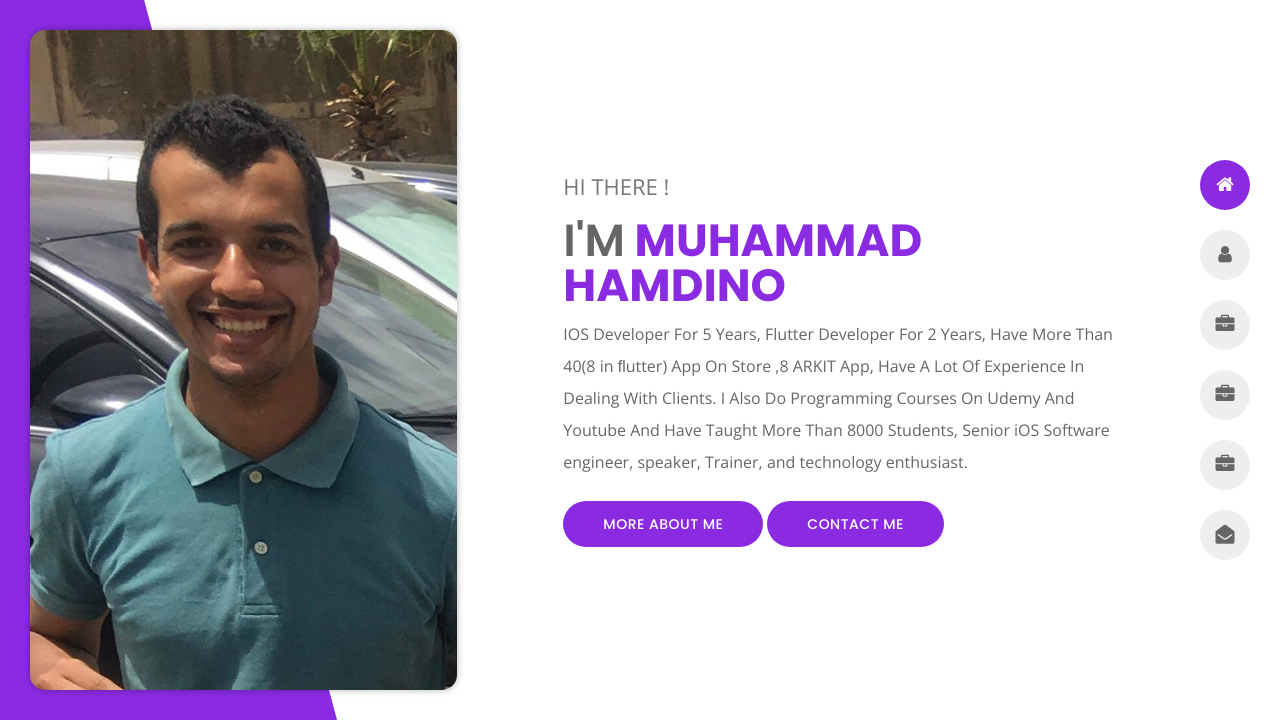
Repository: mhamdimno/mywebsite
Page: index.html
An editor plug-in stored every save of this project. The page is shown before and after the next save, followed by the edit.
The browser window is 1280 px wide. The pictures show the whole page.

Above is the page before, as saved 2023-06-03 14:52:20.

### index.html
<!DOCTYPE html>
<html lang="en">

<head>
    <meta charset="utf-8">
    <title>Personal Portfolio</title>
    <meta name="viewport" content="width=device-width, initial-scale=1">

    <!-- Template Google Fonts -->
    <link href="https://fonts.googleapis.com/css?family=Poppins:400,400i,500,500i,600,600i,700,700i,800,800i,900,900i" rel="stylesheet">
    <link href="https://fonts.googleapis.com/css?family=Open+Sans:300,400,400i,600,600i,700" rel="stylesheet">

    <!-- Template CSS Files -->
    <link href="css/bootstrap.min.css" rel="stylesheet">
    <link href="css/preloader.min.css" rel="stylesheet">
    <link href="css/circle.css" rel="stylesheet">
    <link href="css/font-awesome.min.css" rel="stylesheet">
    <link href="css/fm.revealator.jquery.min.css" rel="stylesheet">
    <link href="css/style.css" rel="stylesheet">

    <!-- Modernizr JS File -->
    <script src="js/modernizr.custom.js"></script>
</head>

<body class="home light">

<!-- Header Starts -->
<header class="header" id="navbar-collapse-toggle">
    <!-- Fixed Navigation Starts -->
    <ul class="icon-menu d-none d-lg-block revealator-slideup revealator-once revealator-delay1">
        <li class="icon-box active">
            <i class="fa fa-home"></i>
            <a href="index.html">
                <h2>Home</h2>
            </a>
        </li>
        <li class="icon-box">
            <i class="fa fa-user"></i>
            <a href="about.html">
                <h2>About</h2>
            </a>
        </li>
        <li class="icon-box">
            <i class="fa fa-briefcase"></i>
            <a href="portfolioIOS.html">
                <h2>IOS</h2>
            </a>
        </li>
        <li class="icon-box">
            <i class="fa fa-briefcase"></i>
            <a href="portfolioFlutter.html">
                <h2>Flutter</h2>
            </a>
        </li>
        <li class="icon-box">
            <i class="fa fa-briefcase"></i>
            <a href="portfolioLaravel.html">
                <h2>Laravel</h2>
            </a>
        </li>
        <li class="icon-box">
            <i class="fa fa-envelope-open"></i>
            <a href="contact.html">
                <h2>Contact</h2>
            </a>
        </li>

    </ul>
    <!-- Fixed Navigation Ends -->
    <!-- Mobile Menu Starts -->
    <nav role="navigation" class="d-block d-lg-none">
        <div id="menuToggle">
            <input type="checkbox" />
            <span></span>
            <span></span>
            <span></span>
            <ul class="list-unstyled" id="menu">
                <li class="active"><a href="index.html"><i class="fa fa-home"></i><span>Home</span></a></li>
                <li><a href="about.html"><i class="fa fa-user"></i><span>About</span></a></li>
                <li><a href="portfolioIOS.html"><i class="fa fa-folder-open"></i><span>IOS</span></a></li>
                <li><a href="portfolioFlutter.html"><i class="fa fa-folder-open"></i><span>Flutter</span></a></li>

                <li><a href="contact.html"><i class="fa fa-envelope-open"></i><span>Contact</span></a></li>
            </ul>
        </div>
    </nav>
    <!-- Mobile Menu Ends -->
</header>
<!-- Header Ends -->
<!-- Main Content Starts -->
<section class="container-fluid main-container container-home p-0 revealator-slideup revealator-once revealator-delay1">
    <div class="color-block d-none d-lg-block"></div>
    <div class="row home-details-container align-items-center">
        <div class="col-lg-4 bg position-fixed d-none d-lg-block"></div>
        <div class="col-12 col-lg-8 offset-lg-4 home-details text-left text-sm-center text-lg-left">
            <div>
                <img src="img/img-mobile-light.jpg" class="img-fluid main-img-mobile d-none d-sm-block d-lg-none" alt="my picture" />
                <h6 class="text-uppercase open-sans-font mb-0 d-block d-sm-none d-lg-block">hi there !</h6>
                <h1 class="text-uppercase poppins-font"><span>I'm</span> Muhammad Hamdino</h1>
                <p class="open-sans-font">
                    IOS Developer For 5 Years, Flutter Developer For 2 Years, Have More Than 40(8 in ﬂutter) App On Store ,8 ARKIT App, Have A Lot Of Experience In Dealing With Clients. I Also Do Programming Courses On Udemy And Youtube And Have Taught More Than 8000 Students,
                    Senior iOS Software engineer, speaker, Trainer, and technology enthusiast.

                </p>
                <a href="about.html" class="btn btn-about">more about me</a>
                <a href="contact.html" class="btn btn-about">Contact me</a>
            </div>
        </div>
    </div>
</section>
<!-- Main Content Ends -->

<!-- Template JS Files -->
<script src="js/jquery-3.5.0.min.js"></script>
<script src="js/preloader.min.js"></script>
<script src="js/fm.revealator.jquery.min.js"></script>
<script src="js/imagesloaded.pkgd.min.js"></script>
<script src="js/masonry.pkgd.min.js"></script>
<script src="js/classie.js"></script>
<script src="js/cbpGridGallery.js"></script>
<script src="js/jquery.hoverdir.js"></script>
<script src="js/popper.min.js"></script>
<script src="js/bootstrap.js"></script>
<script src="js/custom.js"></script>

</body>

</html>

Loaded but not shown: css/bootstrap.min.css (library); css/preloader.min.css (common file); css/font-awesome.min.css (library); css/fm.revealator.jquery.min.css (common file); js/modernizr.custom.js (library); js/jquery-3.5.0.min.js (library); js/preloader.min.js (common file); js/fm.revealator.jquery.min.js (common file); js/imagesloaded.pkgd.min.js (library); js/masonry.pkgd.min.js (library); js/jquery.hoverdir.js (library); js/popper.min.js (library); js/bootstrap.js (library); js/cbpGridGallery.js (364 lines, source omitted); js/custom.js (142 lines, source omitted); js/classie.js (68 lines, source omitted); css/style.css (1791 lines, source omitted); css/circle.css (1054 lines, source omitted)

After the next save:
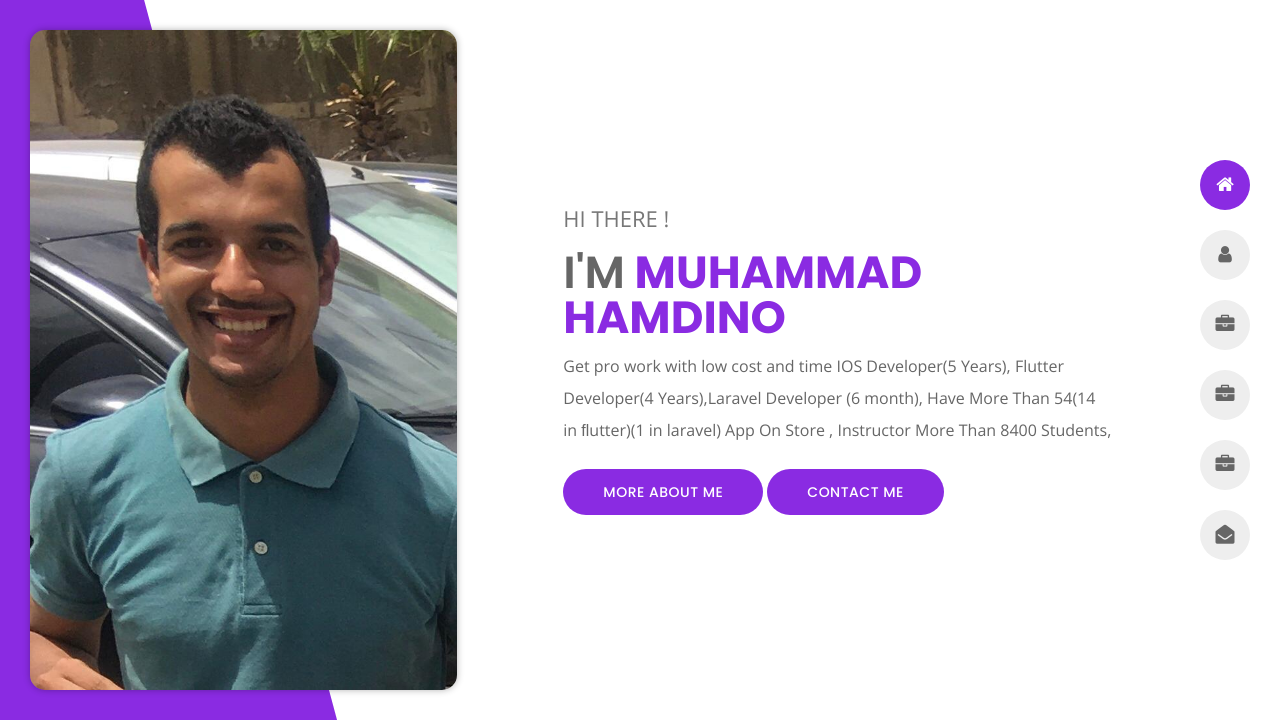
Saved 7 min 9 s later.
--- a/index.html
+++ b/index.html
@@ -79,6 +79,7 @@
                 <li><a href="about.html"><i class="fa fa-user"></i><span>About</span></a></li>
                 <li><a href="portfolioIOS.html"><i class="fa fa-folder-open"></i><span>IOS</span></a></li>
                 <li><a href="portfolioFlutter.html"><i class="fa fa-folder-open"></i><span>Flutter</span></a></li>
+                <li><a href="portfolioLaravel.html"><i class="fa fa-folder-open"></i><span>Laravel</span></a></li>
 
                 <li><a href="contact.html"><i class="fa fa-envelope-open"></i><span>Contact</span></a></li>
             </ul>
@@ -97,10 +98,8 @@
                 <img src="img/img-mobile-light.jpg" class="img-fluid main-img-mobile d-none d-sm-block d-lg-none" alt="my picture" />
                 <h6 class="text-uppercase open-sans-font mb-0 d-block d-sm-none d-lg-block">hi there !</h6>
                 <h1 class="text-uppercase poppins-font"><span>I'm</span> Muhammad Hamdino</h1>
-                <p class="open-sans-font">
-                    IOS Developer For 5 Years, Flutter Developer For 2 Years, Have More Than 40(8 in ﬂutter) App On Store ,8 ARKIT App, Have A Lot Of Experience In Dealing With Clients. I Also Do Programming Courses On Udemy And Youtube And Have Taught More Than 8000 Students,
-                    Senior iOS Software engineer, speaker, Trainer, and technology enthusiast.
-
+                <p class="open-sans-font">Get pro work with low cost and time
+                    IOS Developer(5 Years), Flutter Developer(4 Years),Laravel Developer (6 month), Have More Than 54(14 in ﬂutter)(1 in laravel) App On Store , Instructor More Than 8400 Students,
                 </p>
                 <a href="about.html" class="btn btn-about">more about me</a>
                 <a href="contact.html" class="btn btn-about">Contact me</a>
